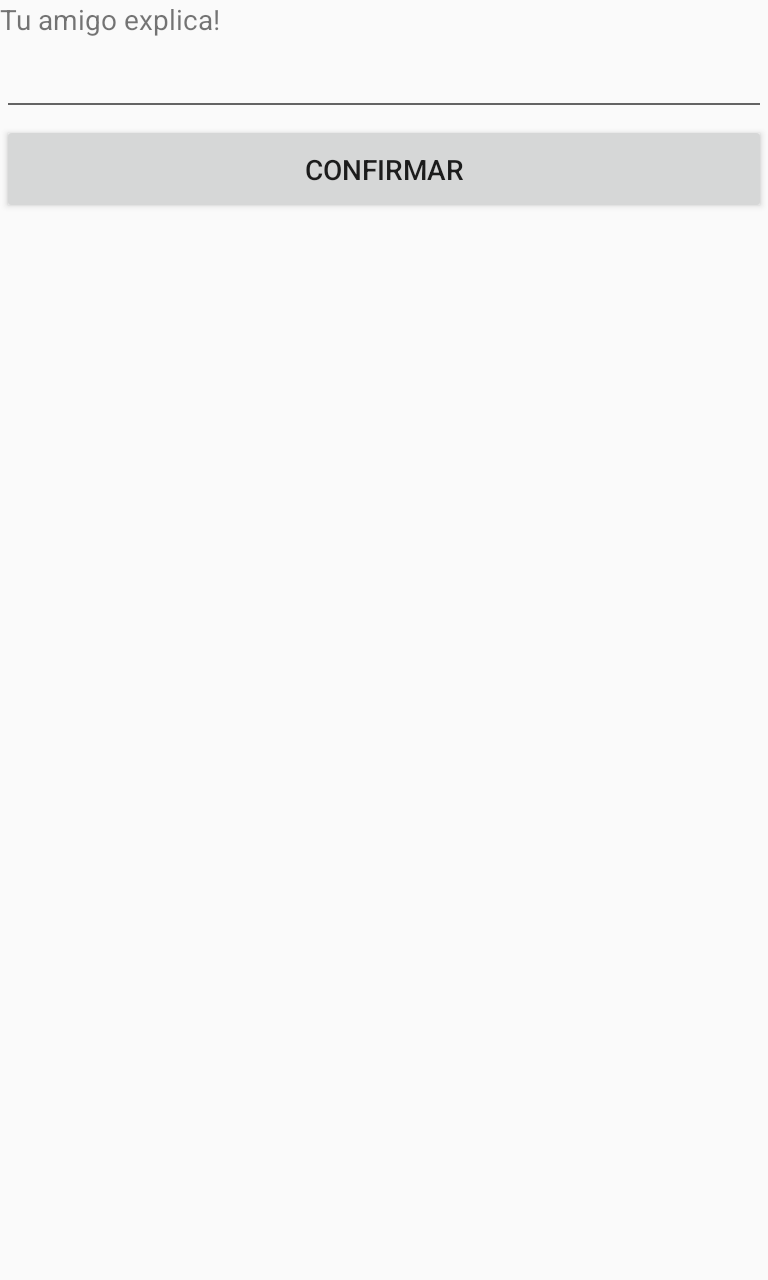
Repository: jromanz/android-projects
Layout: ListaAlumnos/res/layout/activity_formulario.xml
These files come from the project's save history. The layout is drawn as it stood at one moment and after the next save; the edit follows.
It is drawn on a 768 x 1280 px phone screen (xhdpi) without system bars, with theme AppTheme; the app's code is not run.

Above is the layout before, as saved 2014-08-28 05:01:07.

After the next save:
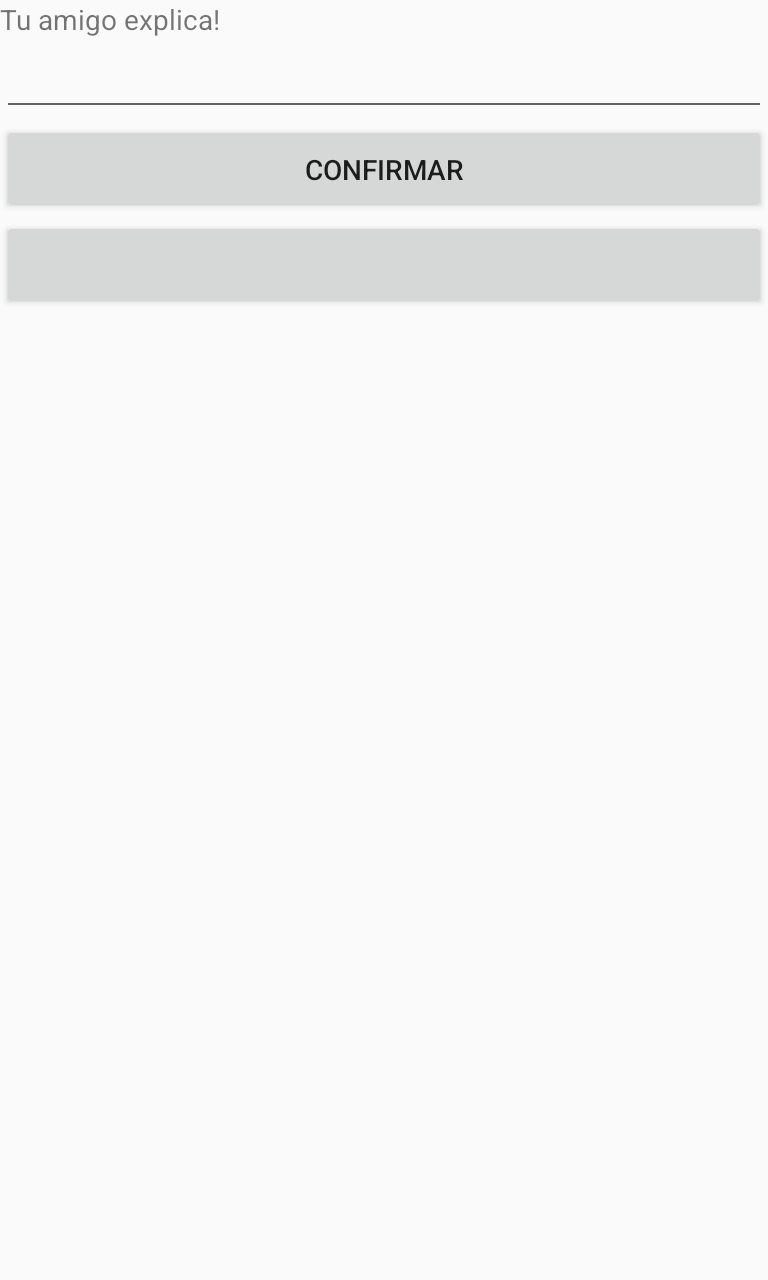
Saved 17 s later.
--- a/ListaAlumnos/res/layout/activity_formulario.xml
+++ b/ListaAlumnos/res/layout/activity_formulario.xml
@@ -20,5 +20,8 @@
         android:layout_height="wrap_content"
         android:text="@string/boton"
         />
-	<Button android:id="@+id/botonRetornar"/>
+	<Button android:id="@+id/botonRetornar"
+	    android:layout_width="match_parent"
+	    android:layout_height="wrap_content"
+	    />
 </LinearLayout>
